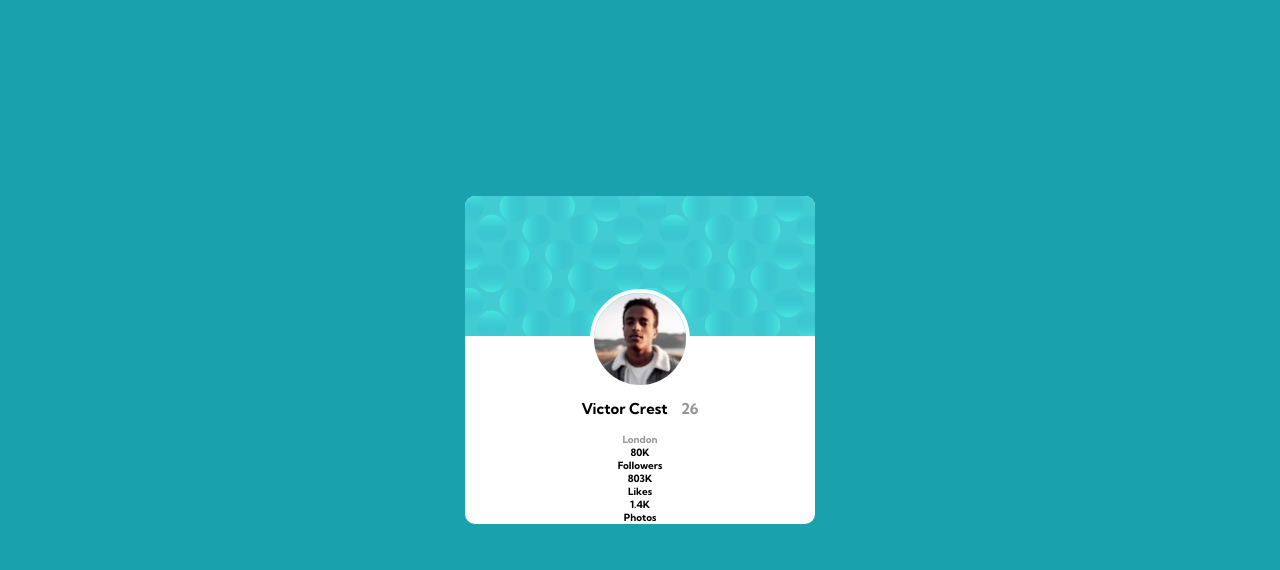
Repository: thaibaocoder1/profile-card-component-main
Page: index.html
These files come from the project's save history. The page is drawn as it stood at one moment and after a run of saves; the edit follows.
The browser window is 1280 px wide. The pictures show the whole page.

Above is the page before, as saved 2023-01-11 14:01:20.

After the next 2 saves:
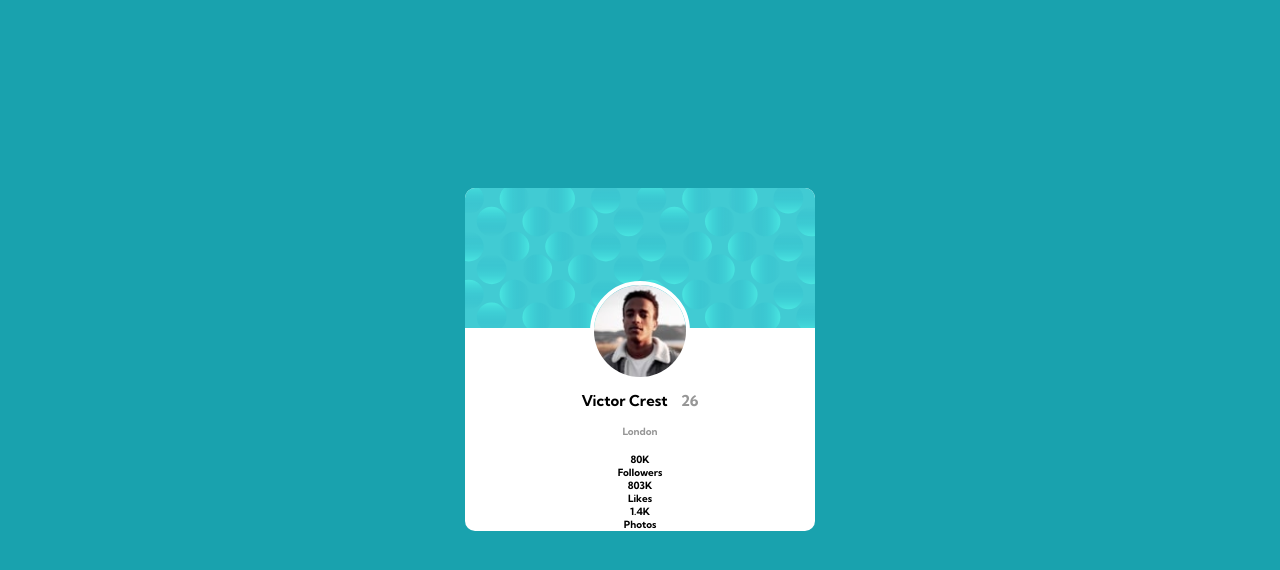
The 2 saves are shown as one change because they came seconds apart.
The last was saved 22 s later.
--- a/style.css
+++ b/style.css
@@ -60,5 +60,5 @@ body {
 }
 .card__content .card__bottom--address {
     color: var(--dark-grey);
-    padding-top: 1.5rem;
+    padding-block: 1.5rem;
 }
